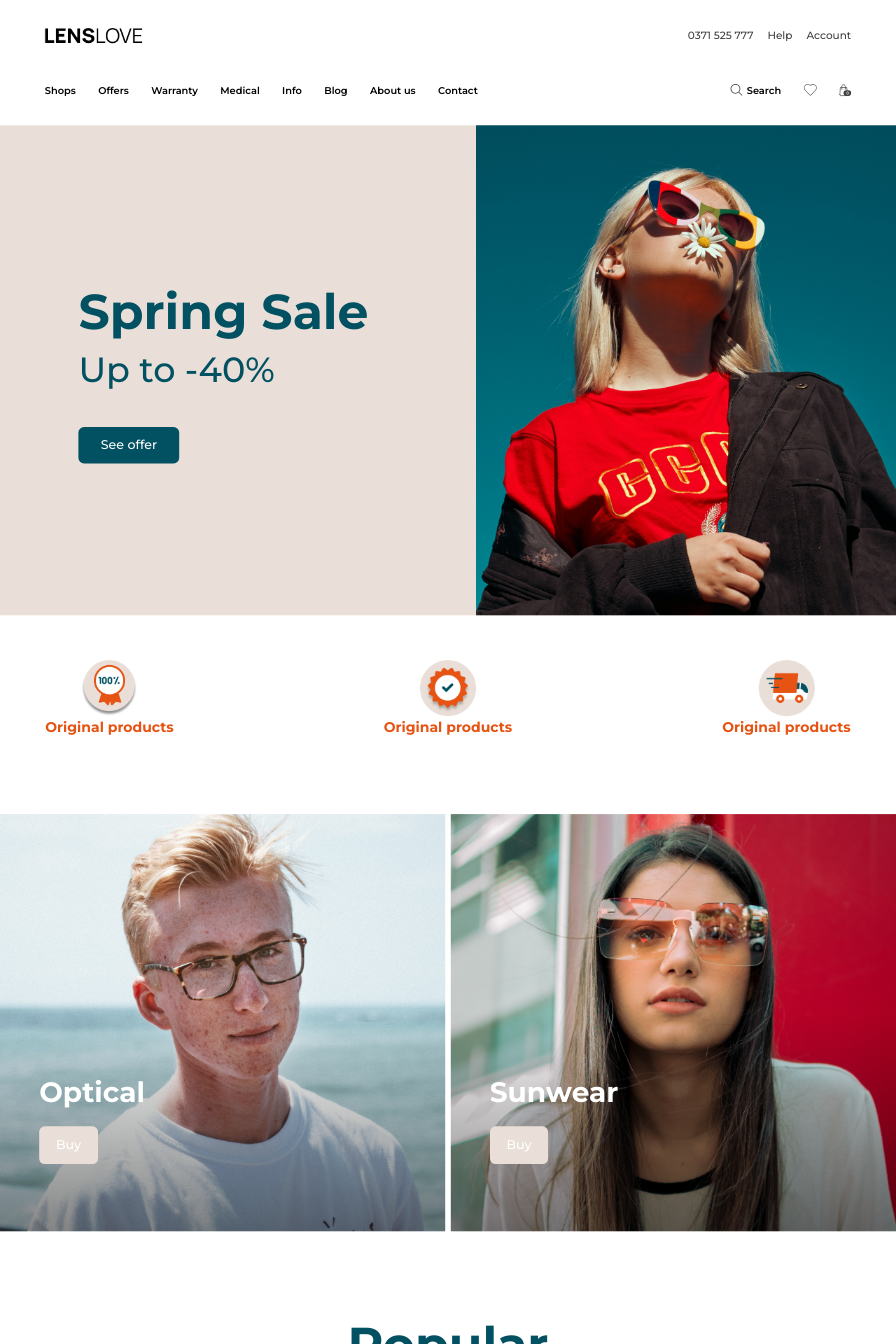
Repository: thienthanhvinh/glasses-react
Page: /
The author's editor kept a copy of each file at every save. The page is drawn from the files as they stood at one save, then again after the next save.
The browser window is 1280 px wide. The pictures show the part of the page from y = 0 to 1920 px (the page is 5645 px tall before and 5467 px after), at 70% of full size.
The project was rebuilt for these pictures with package versions that can differ from the ones it lists, and the page was loaded fresh each time. Also part of the build but not shown: src/App.css, src/components/common/FormGroup.js, src/components/input/Input.js, src/components/label/Label.js, src/hooks/useDarkMode.js, src/layout/LayoutAuthentication.js, src/components/icons/IconEyeToggle.js, src/pages/SignInPage.js and 1 more.

Above is the page before, as saved 2023-02-13 20:01:06.

After the next save:
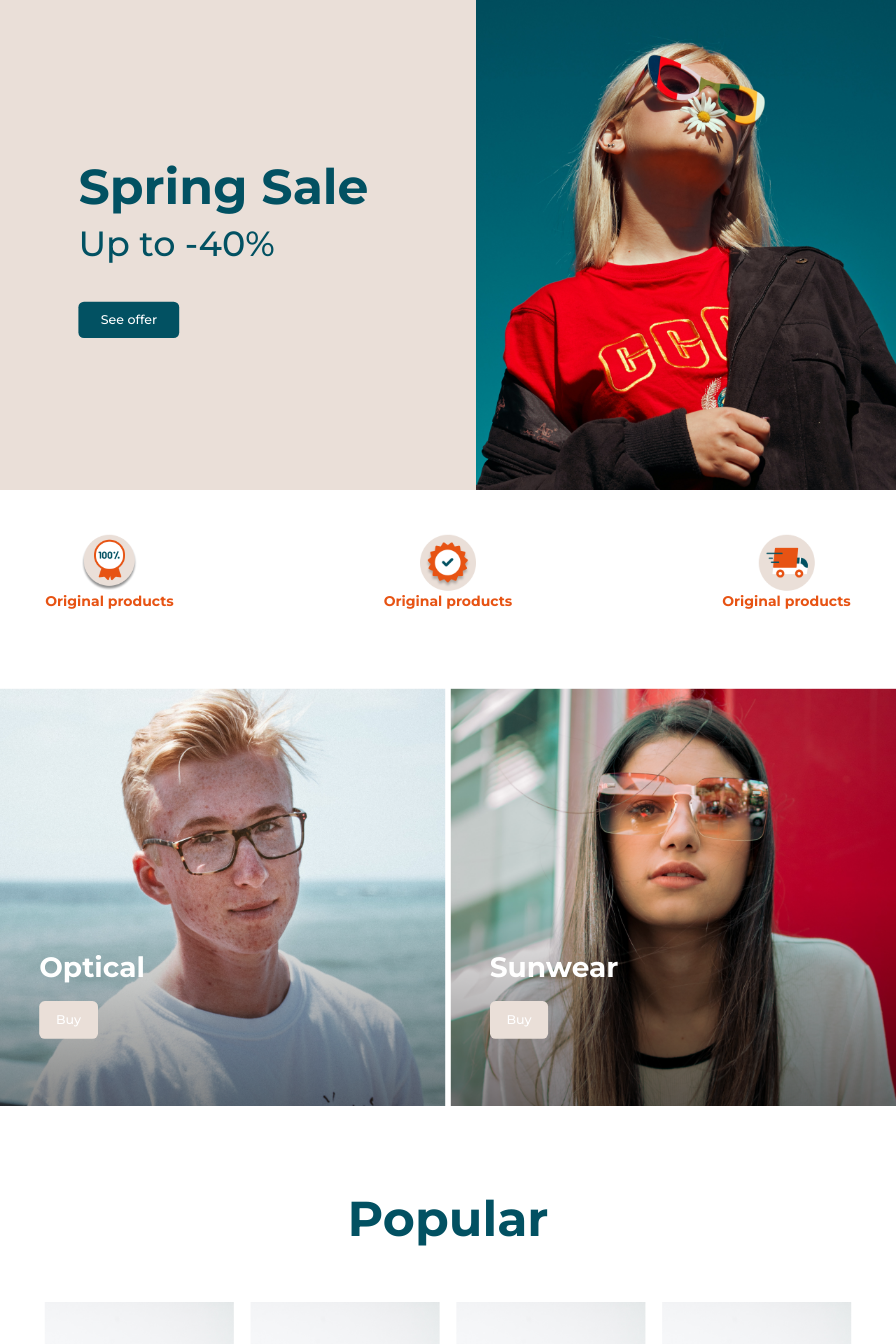
Saved 5 s later.
--- a/src/pages/HomePage.js
+++ b/src/pages/HomePage.js
@@ -14,7 +14,7 @@ import LayoutFooter from "../layout/LayoutFooter";
 const HomePage = () => {
   return (
     <Fragment>
-      <LayoutMenu></LayoutMenu>
+
       <SpringSales></SpringSales>
       <Intro></Intro>
       <Category></Category>
